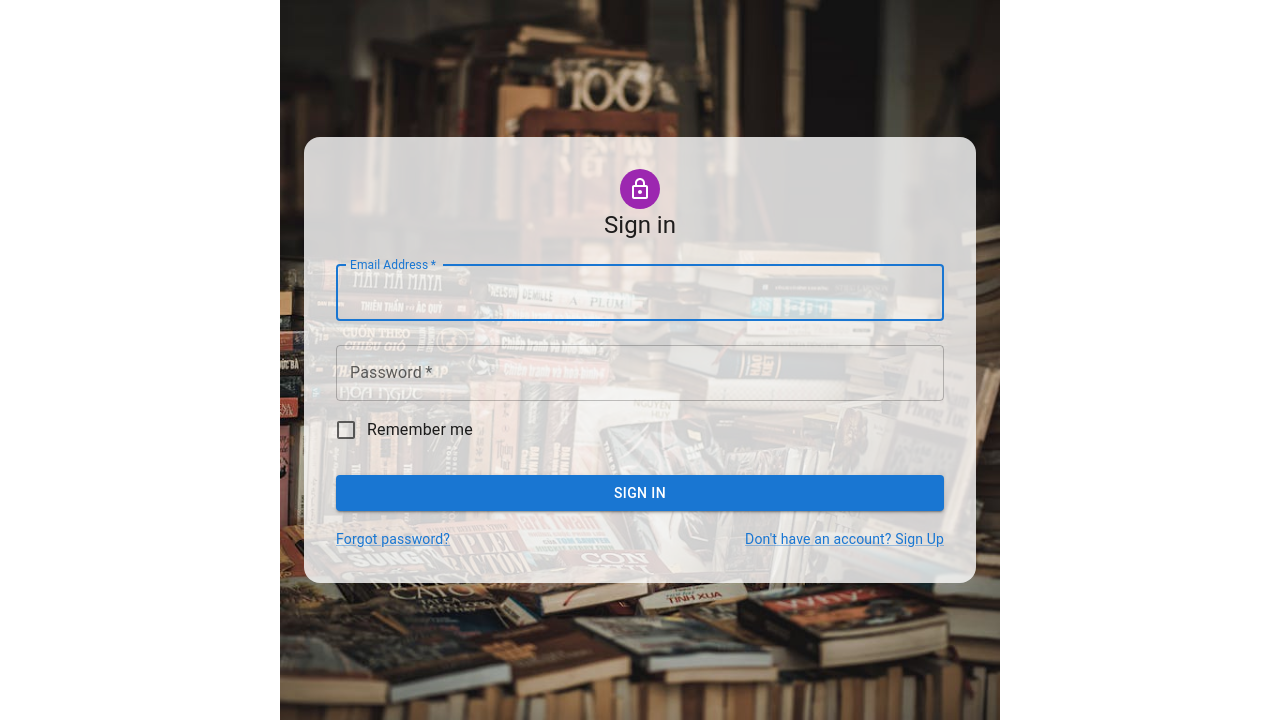
Repository: Milith97/Book-Borrowing-System
Page: /
An editor plug-in stored every save of this project. The page is shown before and after the next save, followed by the edit.
The browser window is 1280 px wide. The pictures show the whole page.
The project was rebuilt for these pictures with package versions that can differ from the ones it lists, and the page was loaded fresh each time. Also part of the build but not shown: vite.config.js, src/Componnts/SignUp.jsx, src/index.css.

Above is the page before, as saved 2024-03-25 13:42:46.

### src/App.jsx
import React from 'react';
import { BrowserRouter as Router, Route, Routes, Navigate } from 'react-router-dom';
import SignIn from './Componnts/SignIn';
import SignUp from './Componnts/SignUp';

function App() {
  return (
    <Router>
      <Routes>
        <Route path="/" element={<Navigate replace to="/signin" />} />
        <Route path="/signin" element={<SignIn />} />
        <Route path="/signup" element={<SignUp />} />
        {/* Redirects any other path to /signin */}
        <Route path="*" element={<Navigate replace to="/signin" />} />
      </Routes>
    </Router>
  );
}

export default App;

### src/Componnts/SignIn.jsx
import React from 'react';
import { Link as RouterLink } from 'react-router-dom';
import Avatar from '@mui/material/Avatar';
import Button from '@mui/material/Button';
import CssBaseline from '@mui/material/CssBaseline';
import TextField from '@mui/material/TextField';
import FormControlLabel from '@mui/material/FormControlLabel';
import Checkbox from '@mui/material/Checkbox';
import Link from '@mui/material/Link';
import Grid from '@mui/material/Grid';
import Box from '@mui/material/Box';
import LockOutlinedIcon from '@mui/icons-material/LockOutlined';
import Typography from '@mui/material/Typography';
import Container from '@mui/material/Container';
import { createTheme, ThemeProvider } from '@mui/material/styles';

// Import your image
import signInImage from '../assets/img/signin.jpg';

const defaultTheme = createTheme();

export default function SignIn() {
  return (
    <ThemeProvider theme={defaultTheme}>
      <Container
        component="main"
        maxWidth="sm"
        sx={{
          backgroundImage: `url(${signInImage})`,
          backgroundSize: 'cover',
          backgroundPosition: 'center',
          minHeight: '100vh',
          minWidth: '100vh',
          display: 'flex',
          alignItems: 'center',
          justifyContent: 'center',
        }}
      >
        <CssBaseline />
        <Box sx={{ bgcolor: 'rgba(255, 255, 255, 0.8)', p: 4, borderRadius: 4, minWidth: 300 }}>
          <Avatar sx={{ m: 1, bgcolor: 'secondary.main', margin: 'auto' }}>
            <LockOutlinedIcon />
          </Avatar>
          <Typography component="h1" variant="h5" align="center">
            Sign in
          </Typography>
          <Box component="form" noValidate sx={{ mt: 1 }}>
            <TextField
              margin="normal"
              required
              fullWidth
              id="email"
              label="Email Address"
              name="email"
              autoComplete="email"
              autoFocus
            />
            <TextField
              margin="normal"
              required
              fullWidth
              name="password"
              label="Password"
              type="password"
              id="password"
              autoComplete="current-password"
            />
            <FormControlLabel
              control={<Checkbox value="remember" color="primary" />}
              label="Remember me"
            />
            <Button
              type="submit"
              fullWidth
              variant="contained"
              sx={{ mt: 3, mb: 2 }}
            >
              Sign In
            </Button>
            <Grid container>
              <Grid item xs>
                <Link component={RouterLink} to="#" variant="body2">
                  Forgot password?
                </Link>
              </Grid>
              <Grid item>
                <Link component={RouterLink} to="/signup" variant="body2">
                  {"Don't have an account? Sign Up"}
                </Link>
              </Grid>
            </Grid>
          </Box>
        </Box>
      </Container>
    </ThemeProvider>
  );
}

Loaded but not shown: index.html (common file); src/main.jsx (common file)

After the next save:
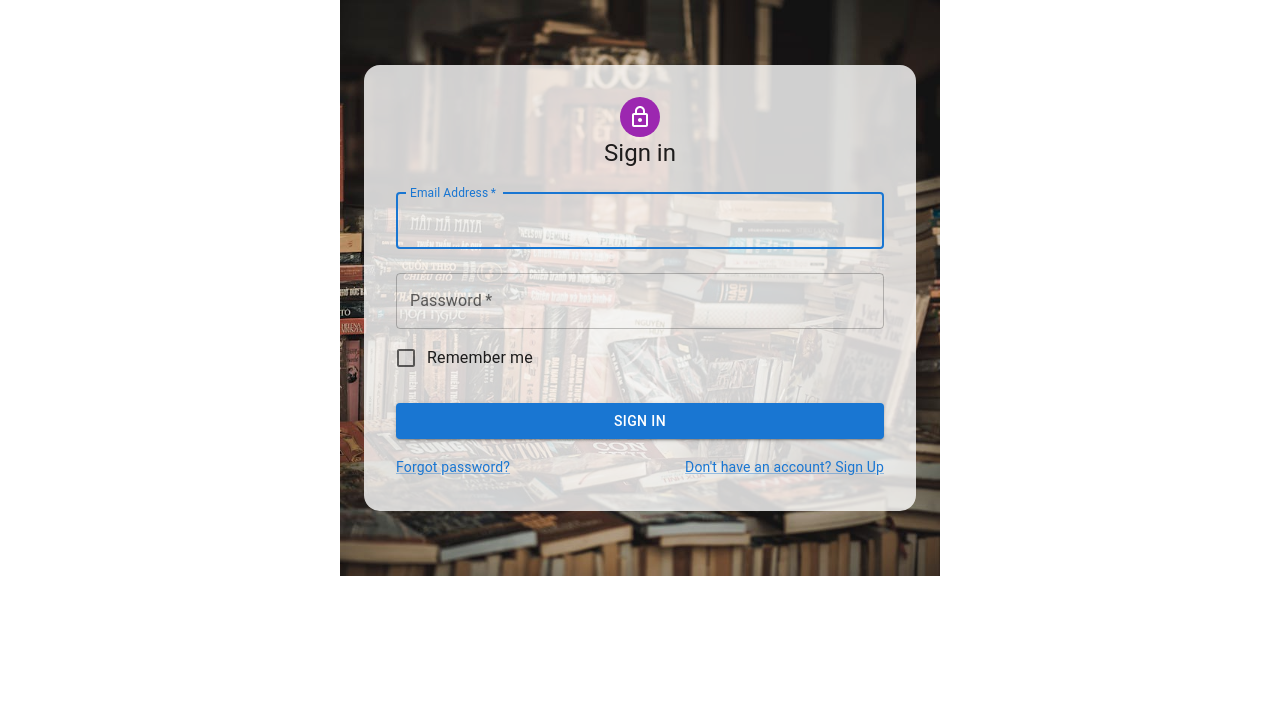
Saved 15 s later.
--- a/src/Componnts/SignIn.jsx
+++ b/src/Componnts/SignIn.jsx
@@ -29,8 +29,8 @@
           backgroundImage: `url(${signInImage})`,
           backgroundSize: 'cover',
           backgroundPosition: 'center',
-          minHeight: '100vh',
-          minWidth: '100vh',
+          minHeight: '80vh',
+          minWidth: '80vh',
           display: 'flex',
           alignItems: 'center',
           justifyContent: 'center',

After the 2 saves that followed:
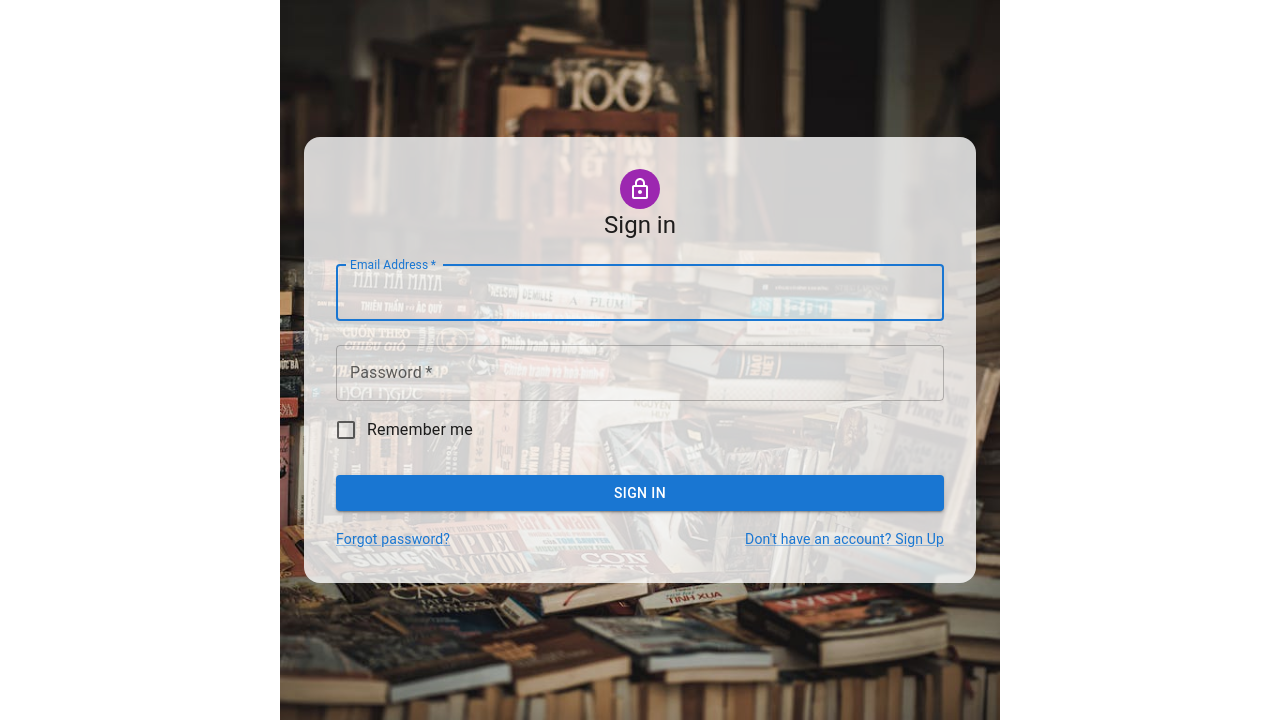
The 2 saves are shown as one change because 1 left the picture as it was.
The last was saved 2 min 14 s later.
--- a/src/Componnts/SignIn.jsx
+++ b/src/Componnts/SignIn.jsx
@@ -29,8 +29,8 @@
           backgroundImage: `url(${signInImage})`,
           backgroundSize: 'cover',
           backgroundPosition: 'center',
-          minHeight: '80vh',
-          minWidth: '80vh',
+          minHeight: '100vh',
+          minWidth: '100vh',
           display: 'flex',
           alignItems: 'center',
           justifyContent: 'center',
